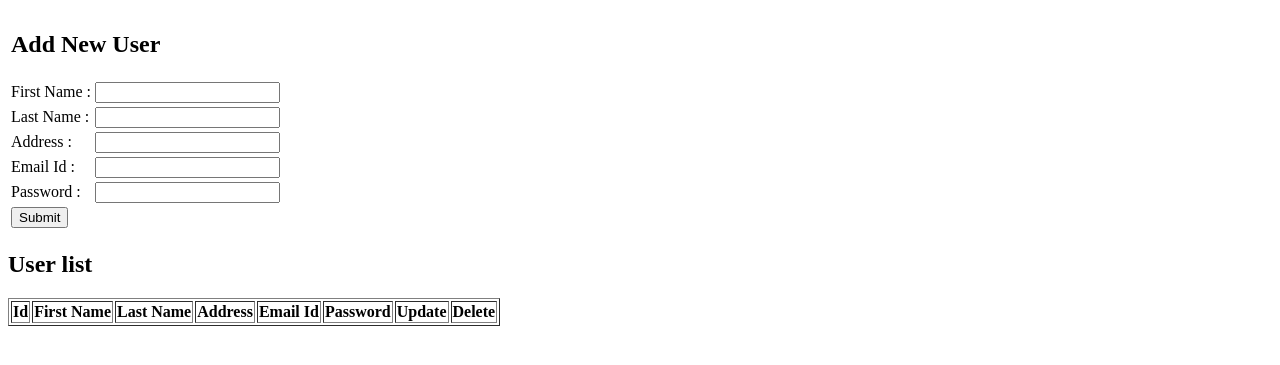
Repository: anilyadav87/CRUD-APPLICATION-TTT-
Page: http://localhost/SpringForm/WEB-INF/views/index.jsp
These files come from the project's save history. The page is drawn as it stood at one moment and after the next save; the edit follows.
The browser window is 1280 px wide. The pictures show the whole page.
The page is served by Tomcat 9. Nobody is signed in. Other server files are loaded and not shown. The template is opened directly, without the code that normally fills it, so the values that code supplies are empty.

Above is the page before, as saved 2018-06-13 05:13:25.

### projects_Hibernate_Spring/SpringForm/src/main/webapp/WEB-INF/views/index.jsp
<%@ page language="java" contentType="text/html; charset=ISO-8859-1"
    pageEncoding="ISO-8859-1"%>
 <%@ taglib prefix="form" uri="http://www.springframework.org/tags/form" %>
<%@ taglib uri="http://java.sun.com/jsp/jstl/core" prefix="c"%>
<%@ page isELIgnored="false" %>
<!DOCTYPE html PUBLIC "-//W3C//DTD HTML 4.01 Transitional//EN" "http://www.w3.org/TR/html4/loose.dtd">
<html>
<head>
<meta http-equiv="Content-Type" content="text/html; charset=ISO-8859-1">
<title>Insert title here</title>
</head>
<body>
<c:if test="${user.userId == 0}">
<c:url value="adduser" var="add"></c:url>
<center>
<div style="border:1px solid black;width:300px">
<form:form action="adduser" modelAttribute="user" method="post">
<table>
	<tr>
		<td colspan="2"><h2>Add New User</h2>
	</tr>
	<tr>
		<td>First Name :</td>
		<td><form:input path="firstName"/></td>
	</tr>
	<tr>
		<td>Last Name :</td>
		<td><form:input path="lastName"/></td>
	</tr>
	<tr>
		<td>Address :</td>
		<td><form:input path="address"/></td>
	</tr>
	<tr>
		<td>Email Id :</td>
		<td><form:input path="eMail"/></td>
	</tr>
	<tr>
		<td>Password :</td>
		<td><form:password path="password"/></td>
	</tr>
	<tr>
		<td><input type="submit"/></td>
	</tr>
</table>
</form:form>
</div>
</center>
</c:if>
<!-- Getting record and fill text boxes -->
<c:if test="${user.userId != 0}">
<c:url value="updateuser" var="update"></c:url>
<form:form action="${update}" modelAttribute="user">
<table>
	<tr>
		<td colspan="2"><h2>Add New User</h2>
	</tr>
	<tr>
		<td>First Name :</td>
		<td><form:input path="firstName"/></td>
	</tr>
	<tr>
		<td>Last Name :</td>
		<td><form:input path="lastName"/></td>
	</tr>
	<tr>
		<td>Address :</td>
		<td><form:input path="address"/></td>
	</tr>
	<tr>
		<td>Email Id :</td>
		<td><form:input path="eMail"/></td>
	</tr>
	<tr>
		<td>Password :</td>
		<td><form:password path="password"/></td>
	</tr>
	<tr>
		<td><input type="submit"/></td>
	</tr>
</table>
</form:form>
</c:if>
<!-- Display all record from the table -->
<h2>User list</h2>
<table border="1px black">
		<tr>
			<th>Id</th>
			<th>First Name</th>
			<th>Last Name</th>
			<th>Address</th>
			<th>Email Id</th>
			<th>Password</th>
			<th>Update</th>
			<th>Delete</th>
		</tr>
		<c:forEach items="${userList}" var="user">
			<tr>
				<td>${user.userId}</td>
				<td>${user.firstName}</td>
				<td>${user.lastName}</td>
				<td>${user.address}</td>
				<td>${user.eMail}</td>
				<td>${user.password}</td>
				<td><a href="edituser${user.userId}">Update</a></td>
				<td><a href="deleteuser${user.userId}">Delete</a></td>
			</tr>
		</c:forEach>
	</table>
</body>
</html>

After the next save:
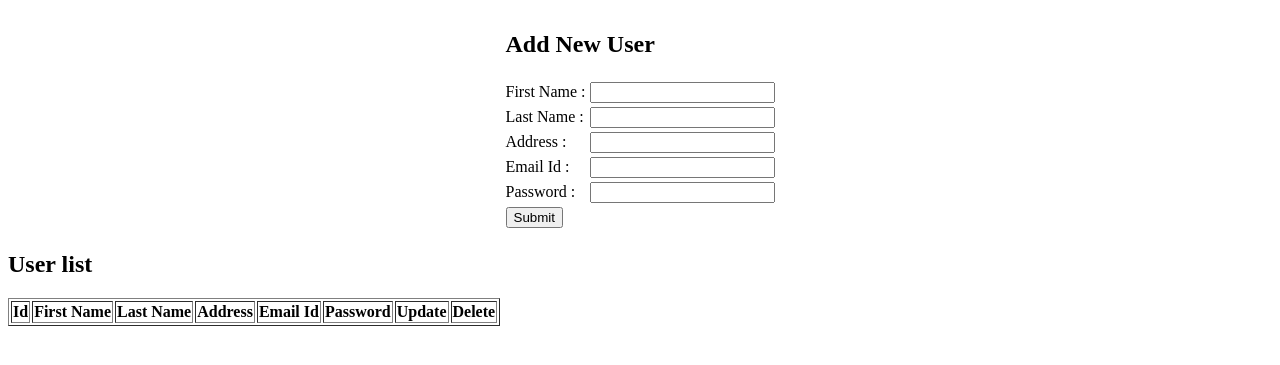
Saved 38 s later.
--- a/projects_Hibernate_Spring/SpringForm/src/main/webapp/WEB-INF/views/index.jsp
+++ b/projects_Hibernate_Spring/SpringForm/src/main/webapp/WEB-INF/views/index.jsp
@@ -51,6 +51,8 @@
 <c:if test="${user.userId != 0}">
 <c:url value="updateuser" var="update"></c:url>
 <form:form action="${update}" modelAttribute="user">
+<center>
+<div>
 <table>
 	<tr>
 		<td colspan="2"><h2>Add New User</h2>
@@ -79,6 +81,8 @@
 		<td><input type="submit"/></td>
 	</tr>
 </table>
+</div>
+</center>
 </form:form>
 </c:if>
 <!-- Display all record from the table -->
